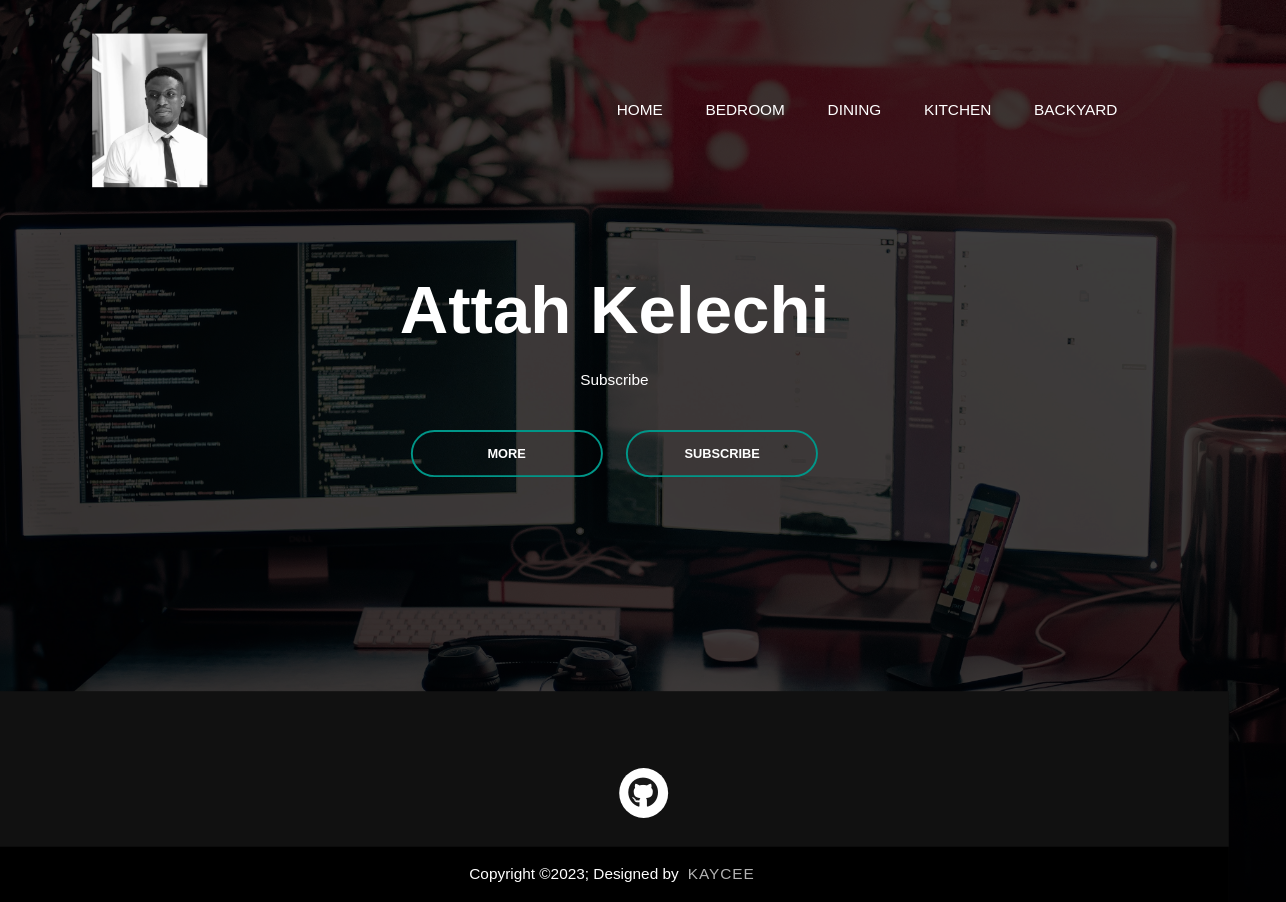
Repository: Kaycee-attah/HNG-Internship_2023
Page: index.html
An editor plug-in stored every save of this project. The page is shown before and after the next save, followed by the edit.
The browser window is 1280 px wide. The page is 1340 px wide, so the pictures cover 1340 px, including what lies to the right of the window. The pictures show the whole page, at 96% of full size.

Above is the page before, as saved 2023-09-07 02:59:35.

### index.html
<!DOCTYPE html>
<html lang="en">
<head>
    <meta charset="UTF-8">
    <meta name="viewport" content="width=device-width, initial-scale=1.0">
    <title>How to make a website - Easy tutorial</title>
    <link rel="stylesheet" href="style.css">
    <link rel="stylesheet" href="https://cdnjs.cloudflare.com/ajax/libs/font-awesome/6.4.2/css/all.min.css" integrity="sha512-z3gLpd7yknf1YoNbCzqRKc4qyor8gaKU1qmn+CShxbuBusANI9QpRohGBreCFkKxLhei6S9CQXFEbbKuqLg0DA==" crossorigin="anonymous" referrerpolicy="no-referrer" />
</head>
<body>
    <div class="banner">
        <div class="navbar">
            <img class="logo" src="slack_DP.JPG" alt="Kaycee" data-testid="slackDisplayImage">
            <ul>
                <li><a href="#">Home</a></li>
                <li><a href="#">Bedroom</a></li>
                <li><a href="#">Dining</a></li>
                <li><a href="#">Kitchen</a></li>
                <li><a href="#">Backyard</a></li>
            </ul>
        </div>
    </div>
    <div class="content">
        <h1 data-testid="slackUserName">Attah Kelechi</h1>
        <p>Subscribe</p>
        <div>
            <button type="button"><span class="btn"></span> MORE</button>
            <button type="button"><span class="btn"></span>SUBSCRIBE</button>
        </div>
    </div>
    <footer>
        <div class="footer_Container">
            <div class="social-icon">
                <a href=""><i class="fa-brands fa-github"></i></a>
            </div>

        </div>
        <div class="footer_Bottom">
            <p>Copyright &copy;2023; Designed by <span class="designer">Kaycee</span></p>
        </div>
    </footer>

    <script src="script.js"></script>
</body>

</html>

### style.css
*{
    margin: 0;
    padding: 0;
    font-family: sans-serif;

}
body{
    background-image: linear-gradient(rgba(0,0,0,0.75), rgba(0,0,0,0.75)), url(IMG_6759.JPG);
    background-size: cover;
    background-position: center;
}

.banner{
    width: 100%;
    height: 100vh;


}
.navbar{
    width: 85%;
    margin: auto;
    padding: 35px 0;
    display: flex;
    align-items: center;
    justify-content: space-between;
}
.logo{
    width: 120px;
    cursor: pointer;
}
.navbar ul li{
    list-style: none;
    display: inline-block;
    margin: 0 20px;
    position: relative;
}
.navbar ul li a{
    text-decoration: none;
    color: #fff;
    text-transform: uppercase;
}
.navbar ul li::after{
    content: "";
    height: 3px;
    width: 0;
    background: #009688;
    position: absolute;
    left: 0;
    bottom: -10px;
    transition: 0.5s;
}
.navbar ul li:hover::after{
    width: 100%;
}
.content{
    width: 100%;
    position: absolute;
    top: 50%;
    transform: translateY(-50%);
    text-align: center;
    color: #fff;
}
.content h1{
    font-size: 70px;
    margin-top: 80px;
}
.content p{
    margin: 20px auto;
    font-weight: 100;
    line-height: 25px;
}
button{
    width: 200px;
    padding: 15px 0;
    text-align: center;
    margin: 20px 10px;
    border-radius: 25px;
    font-weight: bold;
    border: 2px solid #009688;
    background: transparent;
    color: #fff;
    cursor: pointer;
    position: relative;
    overflow: hidden;
}
.btn{
    background: #009688;
    height: 100%;
    width: 0;
    border-radius: 25px;
    position: absolute;
    left: 0;
    bottom: 0;
    z-index: -1;
    transition: 0.5s;
}
button:hover span{
    width: 100%;
}
footer{
    background-color: #111;
}
.footer_Container{
    width: 100%;
    padding: 70px 30px 20px;
}
.social-icon{
    display: flex;
    justify-content: center;
}
.social-icon a{
    text-decoration: none;
    padding: 10px;
    background-color: white;
    margin: 10px;
    border-radius: 50%;
}
.social-icon a i{
    font-size: 2em;
    color: black;
    opacity: 0.9;
}


.social-icon a:hover{
    background-color: #111;
    transition: 0.5s;
}
.social-icon a:hover i{
    background-color: white;
    transition: 0.5s;
}
.footer_Bottom {
    background-color: #000;
    padding: 20px;
    text-align: center;
}
.footer_Bottom p{
    color: white;

}
.designer{
    opacity: 0.7;
    text-transform: uppercase;
    letter-spacing: 1px;
    font-weight: 400;
    margin: 0px 5px;
    /* position: fixed; */
}

### script.js
const now = new Date();
const day = now.getDay();
const hours = now.getHours();
const minutes = now.getMinutes();
const UTCtimeStamp = now.getTime();
const GMTdate_and_time = now.toUTCString();
const daysOfWeek = [
    "Sunday",
    "Monday",
    "Tuesday",
    "Wednesday",
    "Thursday",
    "Friday",
    "Saturday"
]
const today = daysOfWeek[day];
const UTC = now.getUTCMilliseconds();
console.log("Current day of the week:", today)
console.log("UTC:", UTC)

console.log("UTCtimeStamp:", UTCtimeStamp)
console.log("GMTdate_and_time:", GMTdate_and_time)

After the next save:
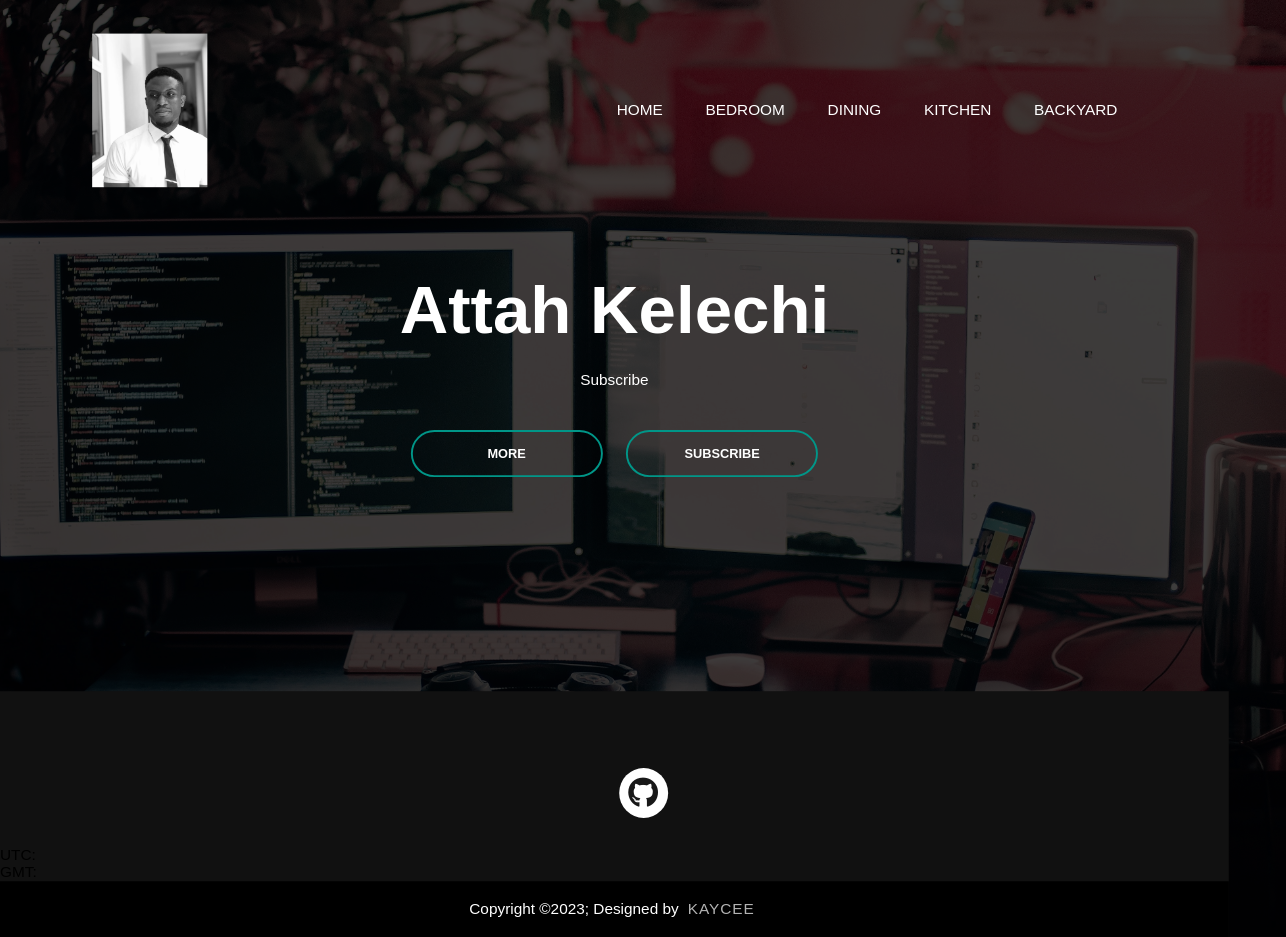
Saved 8 min 14 s later.
--- a/index.html
+++ b/index.html
@@ -35,6 +35,12 @@
             </div>
 
         </div>
+        <div class="footer_Info">
+            <ul>
+                <li>UTC: </li>
+                <li>GMT: </li>
+            </ul>
+        </div>
         <div class="footer_Bottom">
             <p>Copyright &copy;2023; Designed by <span class="designer">Kaycee</span></p>
         </div>
